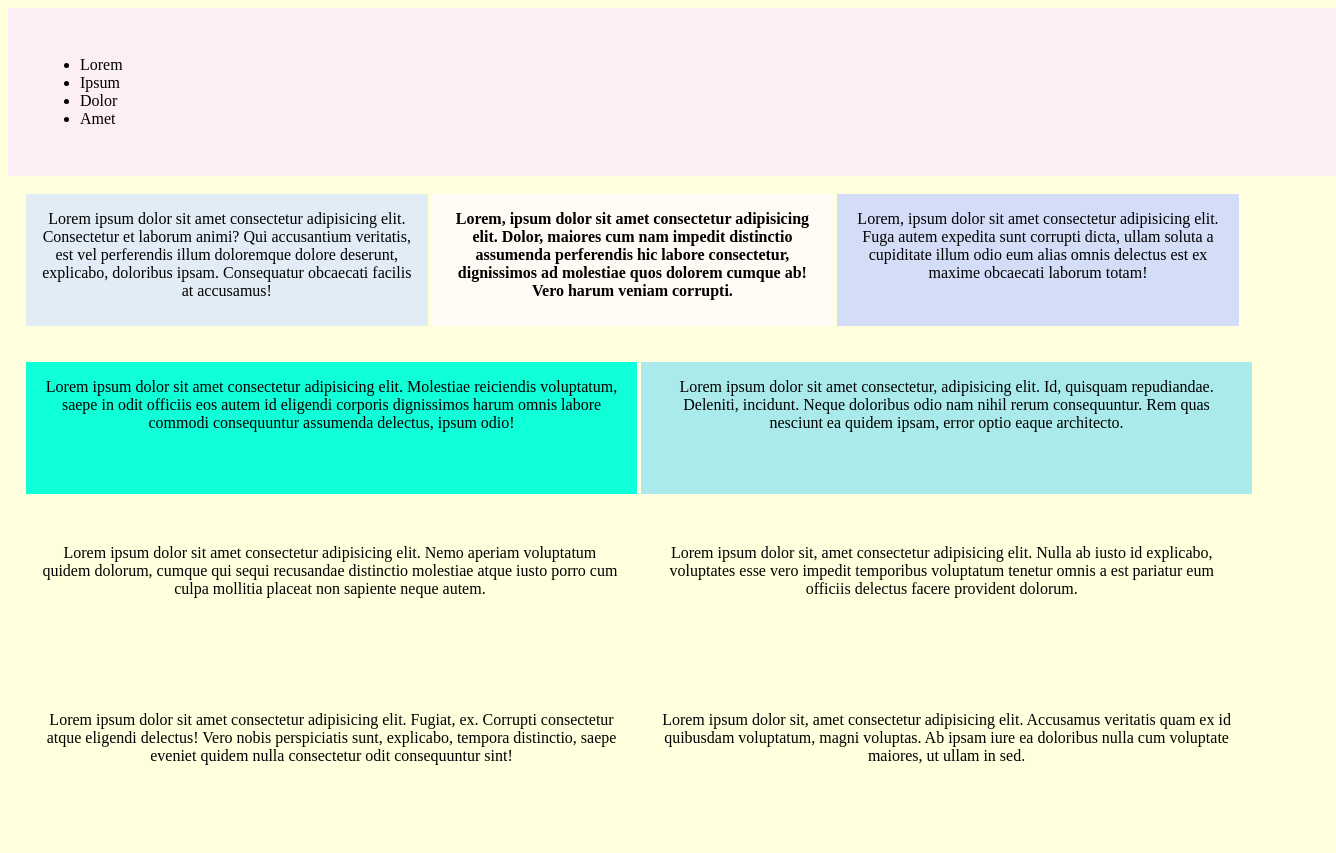
Repository: HTML-a-CSS-2/projekt-portfolio-Angelina555555
Page: .github/index.html
An editor plug-in stored every save of this project. The page is shown before and after the next save, followed by the edit.
The browser window is 1280 px wide. The page is 1336 px wide, so the pictures cover 1336 px, including what lies to the right of the window. The pictures show the whole page.

Above is the page before, as saved 2022-05-07 23:19:31.

After the next save:
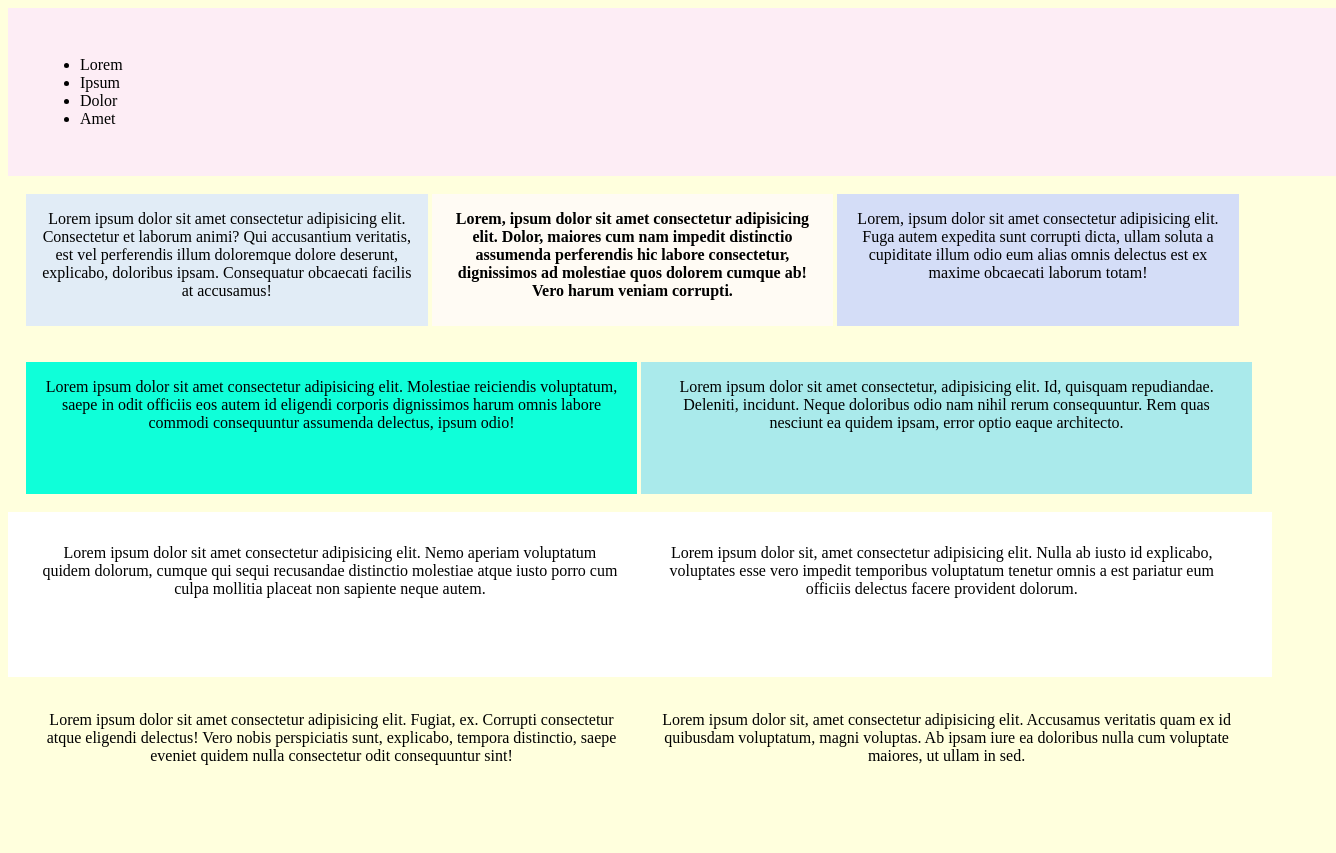
Saved 82 s later.
--- a/.github/default.css
+++ b/.github/default.css
@@ -59,6 +59,9 @@ body {
 .age__element-pet--mint {
   background-color: #aaeaeb;
 }
+.leader {
+  background-color: white;
+}
 .leader__element-sest--padding-small,
 .leader__element-sedm--padding-small {
   padding: 0.9rem;
